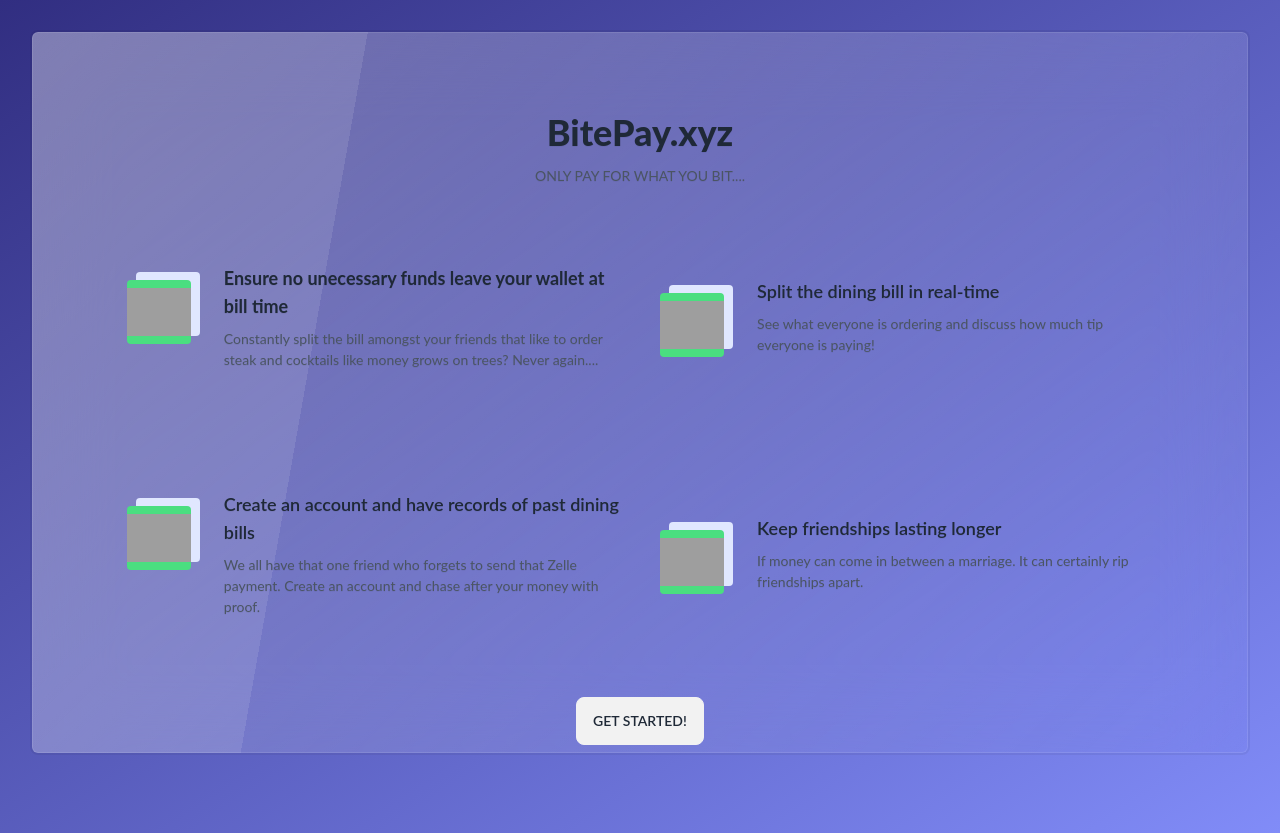
Repository: bitepay/bitepay-xyz
Page: /
These files come from the project's save history. The page is drawn as it stood at one moment and after the next save; the edit follows.
The browser window is 1280 px wide. The pictures show the whole page.
Pictures or frames that could not be fetched are drawn as grey boxes. The page's requests for data from a server got no answer. The project was rebuilt for these pictures with package versions that can differ from the ones it lists, and the page was loaded fresh each time. The framework's server and built-in components were replaced by stand-ins that run in the browser. No one was signed in, and anything a server would have sent is missing. Also part of the build but not shown: next.config.js.

Above is the page before, as saved 2023-07-16 09:21:32.

### src/pages/_app.js
import '@/styles/globals.css';
import { UserSocketProvider } from '@/context/UserSocketContext';
import { Analytics } from '@vercel/analytics/react';


export default function App({ Component, pageProps }) {


  return (
    <UserSocketProvider>
      <Component {...pageProps} />
      <Analytics />
    </UserSocketProvider>
  )
}

### src/pages/index.js
/* eslint-disable @next/next/no-img-element */
import Head from "next/head";

import { Inter } from 'next/font/google'

import { JoinTable } from '@/components/JoinTable'

const inter = Inter({ subsets: ['latin'] })

export default function Home() {

  return (
    <>
      <Head>
        <title>BitePay - Home</title>
        <meta name="description" content="The fastest and easiest way to divvy up the dining bill between your friends."></meta>
      </Head>
      <main
        className={`flex min-h-screen flex-col items-center justify-between p-2 md:p-8 ${inter.className} bg-gradient-to-tl from-indigo-400 to-indigo-900`}
      >
        <div className="pb-12" style={{ fontFamily: '"Lato", sans-serif' }}>

          <section className="max-w-8xl mx-auto container glass rounded-md pt-16">
            <div>
              <div role="contentinfo" className="flex items-center flex-col px-4 justify-center">
                <h1 tabIndex={0} className="focus:outline-none text-4xl lg:text-4xl font-extrabold text-center leading-10 text-gray-800 lg:w-5/12 md:w-9/12 p-4">BitePay.xyz</h1>
                <p tabIndex={0} className="focus:outline-none uppercase text-sm text-center text-gray-600 leading-4">Only pay for what you bit....</p>
              </div>
              <div tabIndex={0} aria-label="group of cards" className="focus:outline-none mt-20 flex flex-wrap justify-center gap-10 px-4 items-center">
                <div tabIndex={0} aria-label="card 1" className="focus:outline-none flex sm:w-full md:w-5/12 pb-20">
                  <div className="w-20 h-20 relative mr-5">
                    <div className="absolute top-0 right-0 bg-indigo-100 rounded w-16 h-16 mt-2 mr-1" />
                    <div className="absolute text-white bottom-0 left-0 bg-green-400 rounded w-16 h-16 flex items-center justify-center mt-2 mr-3">
                      <img src="https://tuk-cdn.s3.amazonaws.com/can-uploader/icon_and_text-SVG1.svg" alt="drawer" />
                    </div>
                  </div>
                  <div className="w-10/12">
                    <h2 tabIndex={0} className="focus:outline-none text-md md:text-lg font-bold leading-tight text-gray-800">Ensure no unecessary funds leave your wallet at bill time</h2>
                    <p tabIndex={0} className="focus:outline-none text-sm md:text-md text-gray-600 leading-normal pt-2">Constantly split the bill amongst your friends that like to order steak and cocktails like money grows on trees? Never again....</p>
                  </div>
                </div>
                <div tabIndex={0} aria-label="card 2" className="focus:outline-none flex sm:w-full md:w-5/12 pb-20">
                  <div className="w-20 h-20 relative mr-5">
                    <div className="absolute top-0 right-0 bg-indigo-100 rounded w-16 h-16 mt-2 mr-1" />
                    <div className="absolute text-white bottom-0 left-0 bg-green-400 rounded w-16 h-16 flex items-center justify-center mt-2 mr-3">
                      <img src="https://tuk-cdn.s3.amazonaws.com/can-uploader/icon_and_text-SVG2.svg" alt="check" />
                    </div>
                  </div>
                  <div className="w-10/12">
                    <h2 tabIndex={0} className="focus:outline-none text-md md:text-lg font-semibold leading-tight text-gray-800">Split the dining bill in real-time</h2>
                    <p tabIndex={0} className="focus:outline-none text-sm md:text-md text-gray-600 leading-normal pt-2">See what everyone is ordering and discuss how much tip everyone is paying!</p>
                  </div>
                </div>
                <div tabIndex={0} aria-label="card 3" className="focus:outline-none flex sm:w-full md:w-5/12 pb-20">
                  <div className="w-20 h-20 relative mr-5">
                    <div className="absolute top-0 right-0 bg-indigo-100 rounded w-16 h-16 mt-2 mr-1" />
                    <div className="absolute text-white bottom-0 left-0 bg-green-400 rounded w-16 h-16 flex items-center justify-center mt-2 mr-3">
                      <img src="https://tuk-cdn.s3.amazonaws.com/can-uploader/icon_and_text-SVG3.svg" alt="html tag" />
                    </div>
                  </div>
                  <div className="w-10/12">
                    <h2 tabIndex={0} className="focus:outline-none text-md md:text-lg font-semibold leading-tight text-gray-800">Create an account and have records of past dining bills</h2>
                    <p tabIndex={0} className="focus:outline-none text-sm md:text-md text-gray-600 leading-normal pt-2">We all have that one friend who forgets to send that Zelle payment. Create an account and chase after your money with proof.</p>
                  </div>
                </div>
                <div tabIndex={0} aria-label="card 4" className="focus:outline-none flex sm:w-full md:w-5/12 pb-20">
                  <div className="w-20 h-20 relative mr-5">
                    <div className="absolute top-0 right-0 bg-indigo-100 rounded w-16 h-16 mt-2 mr-1" />
                    <div className="absolute text-white bottom-0 left-0 bg-green-400 rounded w-16 h-16 flex items-center justify-center mt-2 mr-3">
                      <img src="https://tuk-cdn.s3.amazonaws.com/can-uploader/icon_and_text-SVG4.svg" alt="monitor" />
                    </div>
                  </div>
                  <div className="w-10/12">
                    <h2 tabIndex={0} className="focus:outline-none text-md md:text-lg font-semibold leading-tight text-gray-800">Keep friendships lasting longer</h2>
                    <p tabIndex={0} className="focus:outline-none text-sm md:text-md text-gray-600 leading-normal pt-2">If money can come in between a marriage. It can certainly rip friendships apart.</p>
                  </div>
                </div>
              </div>
              <div className="flex justify-center pb-2">
                <JoinTable />
              </div>
            </div>
          </section>
        </div>
      </main>
    </>
  )
}

### src/context/UserSocketContext.js
"use client"
import React, { createContext, useEffect, useState, useContext } from 'react'
import { io } from 'socket.io-client'

// Create a new context
const UserSocketContext = createContext({})

// Custom context provider component
export const UserSocketProvider = ({ children }) => {

  const [socket, setSocket] = useState(null)

  const [user, setUser] = useState({
    id: '',
    username: '',
    tableID: 0,
    myItems: [],
    tip: 15,
    total: 0,
    status: 'PROCESSING',
  })

  const [tableMembers, setTableMembers] = useState([]);

  // Establish the Socket.IO connection when the component mounts
  useEffect(() => {

    const socket = io('https://socket.bitepay.xyz', {
      transports: ['websocket'],
      closeOnBeforeunload: false,
      withCredentials: true,
    })

    setSocket(socket)

    socket.on('connect', () => {
      console.log('Successfully connected to the ws server!')
    })

    // set user id to the websocket id
    socket.on('setId', (data) => setUser((prevUser) => {
      prevUser.id = data
      return prevUser;
    }));

    // listen to events from ws server regarding members of the table
    socket.on('tableMembers', (data) => setTableMembers((prevTableMembers) => { return [...data.slice()] }));

    // listen to events from ws server regarding updates to tableMembers
    socket.on('tableMemberUpdate', (data) => {

      if (data.id === user.id) {
        setUser((prevUser) => {
          prevUser.myItems = data.myItems;
          prevUser.tip = data.tip;
          prevUser.total = data.total;
          prevUser.status = data.status;
          return prevUser;
        })
      }

      setTableMembers((prevTableMembers) => {
        return prevTableMembers.map((member) => {
          if (member.id === data.id) {
            member.myItems = data.myItems
            member.tip = data.tip
            member.total = data.total
            member.status = data.status
            return member
          } else {
            return member
          }
        })
      })
    });

    // listen to events from ws server regarding members leaving the table
    socket.on('userLeft', (data) => {
      setTableMembers((prevTableMembers) => {
        return prevTableMembers.filter((member) => {
          return member.id !== data.id
        })
      })
    });

    socket.on('disconnect', () => {
      console.log('Disconnected from the ws server!')
      alert('Your real-time connection was interrupted. Please make sure you have are connected to a reliable network before re-joining your friends.')
      window.location.replace('/disconnected')
    })

    // Clean up the socket connection when the component unmounts
    return () => {
      socket.off('connect')
      socket.off('setId')
      socket.off('tableMembers')
      socket.off('tableMemberUpdate')
      socket.off('userLeft')
      socket.disconnect()
    }
  }, [user.id])

  // Provide the socket object to the child components
  return (
    <UserSocketContext.Provider value={{socket, user, setUser, tableMembers, setTableMembers}}>
      {children}
    </UserSocketContext.Provider>
  );
};

// Export the SocketContext
export default UserSocketContext

// Export a custom hook that can be used to consume this context
export const useUserSocketContext = () => useContext(UserSocketContext);

### src/components/JoinTable.jsx
"use client"

/* eslint-disable @next/next/no-img-element */
import { useRouter } from 'next/router'
import { useUserSocketContext } from '@/context/UserSocketContext'

export const JoinTable = () => {
  const router = useRouter()

  const { user, setUser } = useUserSocketContext()
  // console.log(`Current user object: ${JSON.stringify(user)}`)

  const handleInput = (e) => {
    if (e.target.id == "userName") {
      setUser((prevUser) => ({ ...prevUser, username: e.target.value }))
      // console.log(`userName: ${JSON.stringify(user.username)}`)
    } else if (e.target.id == "tableID") {
      setUser((prevUser) => ({ ...prevUser, tableID: e.target.value }))
      // console.log(`userName: ${JSON.stringify(user.tableID)}`)
    }
  }

  const handleSubmit = (e) => {
    e.preventDefault();
    router.push(`/table`);
  };

  const generateUID = (e) => {
    e.preventDefault()
    let UID = Math.ceil(Math.random()*1000000000)
    setUser({...user, tableID: UID});
  }

  return (
    <>
      <button className="btn mx-auto" onClick={()=>window.my_modal_5.showModal()}>GET STARTED!</button>
      <dialog id="my_modal_5" className="modal modal-bottom sm:modal-middle">
        <form method="dialog" className="modal-box">
          <h3 className="font-bold text-lg text-center">Join your mates or create a new table!</h3>
          <div className="flex flex-col">
            <div className="form-control">
              <label className="label">
                <span className="label-text">Have your mates know who you are. It helps with the app&apos;s proprietary honor system!</span>
              </label>
              <label className="input-group">
                <span>Name</span>
                <input id="userName" type="text" placeholder="Don't be that guy" value={user.username} className="input input-bordered" onChange={(e) => handleInput(e)}/>
              </label>
              <label className="label">
                <span className="label-text">Provide the tableID your friends are in or generate a new tableID using the green button below!</span>
              </label>
              <label className="input-group">
                <span>Table ID</span>
                <input id="tableID" type="number" placeholder="0000000" className="input input-bordered" value={user.tableID} onChange={(e) => handleInput(e)}/>
                <button className="btn btn-square" onClick={generateUID}>
                  <img width="48" height="48" src="https://img.icons8.com/fluency/48/connection-sync.png" alt="connection-sync"/>
                </button>
              </label>
            </div>
          </div>
          <div className="modal-action">
            <button className="btn" onClick={handleSubmit}>JOIN!</button>
            <button className="btn">Close</button>
          </div>
        </form>
      </dialog>
    </>
  )
}

### tailwind.config.js
/** @type {import('tailwindcss').Config} */
module.exports = {
  content: [
    './src/pages/**/*.{js,ts,jsx,tsx,mdx}',
    './src/components/**/*.{js,ts,jsx,tsx,mdx}',
    './src/app/**/*.{js,ts,jsx,tsx,mdx}',
  ],
  theme: {
    extend: {
      backgroundImage: {
        'gradient-radial': 'radial-gradient(var(--tw-gradient-stops))',
        'gradient-conic':
          'conic-gradient(from 180deg at 50% 50%, var(--tw-gradient-stops))',
      },
    },
  },
  daisyui: {
    themes: [
      "light",
      "dark"
    ],
  },
  plugins: [require("daisyui")],
}

Loaded but not shown: src/pages/_document.js (common file); src/styles/globals.css (common file)

After the next save:
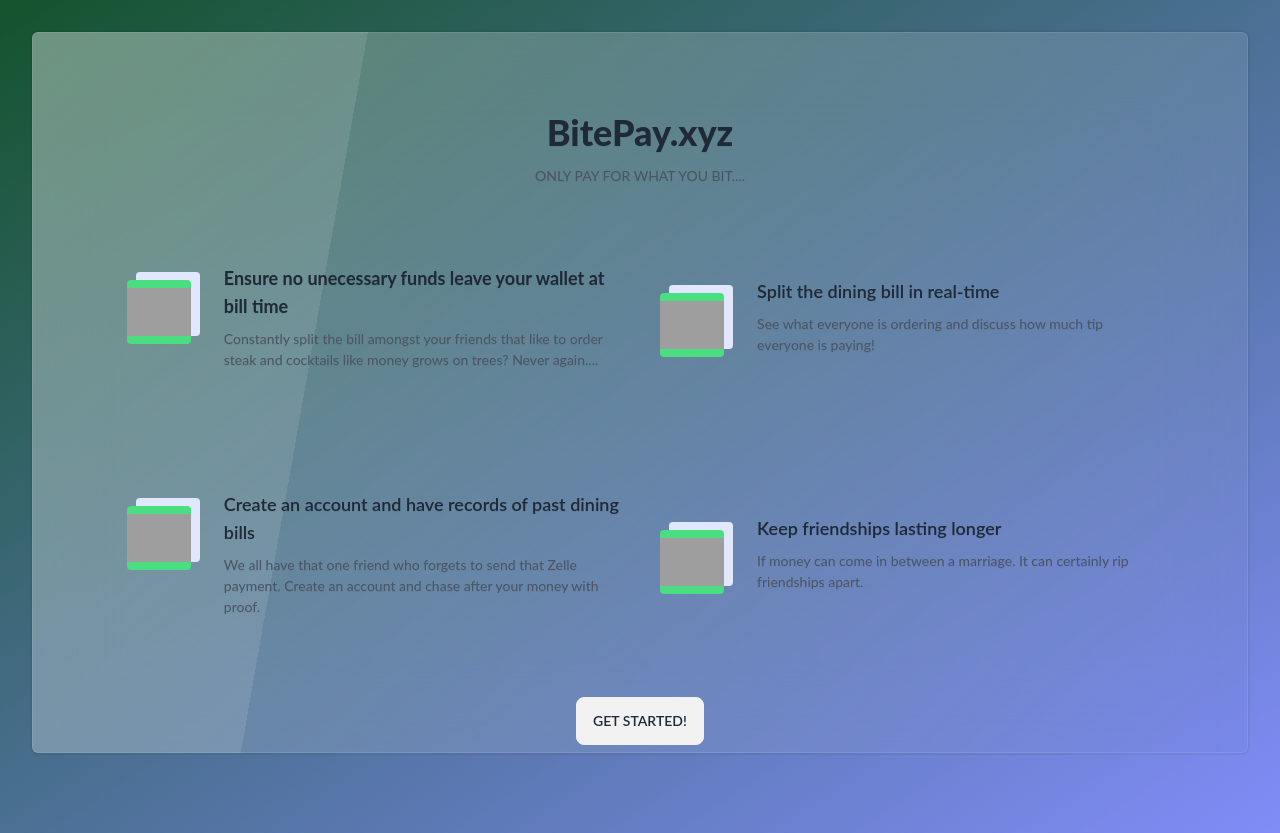
Saved 8 s later.
--- a/src/pages/index.js
+++ b/src/pages/index.js
@@ -16,7 +16,7 @@
         <meta name="description" content="The fastest and easiest way to divvy up the dining bill between your friends."></meta>
       </Head>
       <main
-        className={`flex min-h-screen flex-col items-center justify-between p-2 md:p-8 ${inter.className} bg-gradient-to-tl from-indigo-400 to-indigo-900`}
+        className={`flex min-h-screen flex-col items-center justify-between p-2 md:p-8 ${inter.className} bg-gradient-to-tl from-indigo-400 to-green-900`}
       >
         <div className="pb-12" style={{ fontFamily: '"Lato", sans-serif' }}>
 
